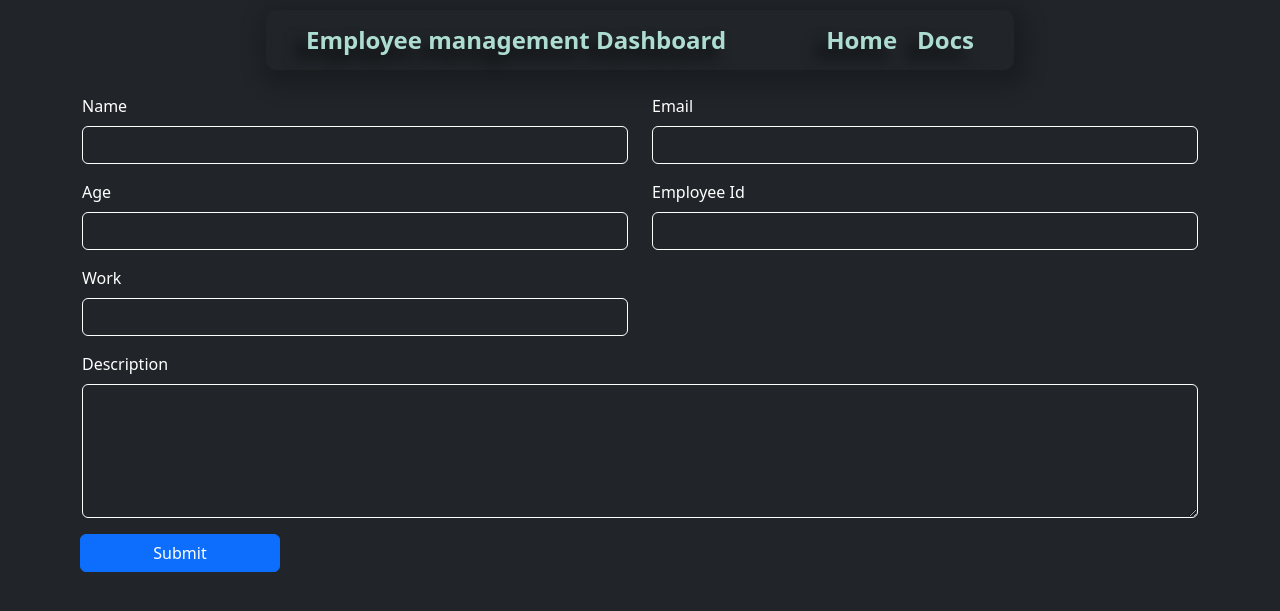
Repository: iamevs/Employee-Management-System
Page: /register (app in client/)
An editor plug-in stored every save of this project. The page is shown before and after the next save, followed by the edit.
The browser window is 1280 px wide. The pictures show the whole page.
The project was rebuilt for these pictures with package versions that can differ from the ones it lists, and the page was loaded fresh each time. Also part of the build but not shown: client/vite.config.js, client/src/components/Home.jsx, client/src/components/Edit.jsx, client/src/components/Hero.jsx. Imported but missing from the stored project, and not drawn on this page: client/src/components/Details.

Above is the page before, as saved 2022-11-29 00:49:47.

### client/index.html
<html lang="en">
  <head>
    <meta charset="UTF-8" />
    <link rel="icon" type="image/svg+xml" href="/vite.svg" />
    <meta name="viewport" content="width=device-width, initial-scale=1.0" />
    <title>employee-management</title>
  </head>
  <body>
    <div id="root"></div>
    <script type="module" src="/src/main.jsx"></script>
  </body>
</html>

### client/src/main.jsx
import React, { StrictMode } from 'react';
import ReactDOM from 'react-dom';
import { createRoot } from "react-dom/client";
import './index.css';
import App from './App';
import { BrowserRouter } from "react-router-dom"
import ContextProvider from "./components/context/ContextProvider";
// root.render(
//   <StrictMode>
//   <ContextProvider>
//     <BrowserRouter>
//       <App />
//     </BrowserRouter>
//   </ContextProvider>
//   </StrictMode>
//   ,
//   document.getElementById('root')
// );


createRoot(document.getElementById('root')).render(
  <ContextProvider>
    <BrowserRouter>
      <App />
    </BrowserRouter>
  </ContextProvider>
)

### client/src/index.css
body {
  margin: 0;
  font-family: -apple-system, BlinkMacSystemFont, 'Segoe UI', 'Roboto', 'Oxygen',
    'Ubuntu', 'Cantarell', 'Fira Sans', 'Droid Sans', 'Helvetica Neue',
    sans-serif;
  -webkit-font-smoothing: antialiased;
  -moz-osx-font-smoothing: grayscale;
  background-color: #212529 !important;
  color: #fff !important;
}

code {
  font-family: source-code-pro, Menlo, Monaco, Consolas, 'Courier New',
    monospace;
}

.btns{
  display: flex;
  justify-content: space-between;
}

.btns > .tool, .tool{
  /* border: 1px solid #fff; */
  backdrop-filter: blur(10px);
  box-shadow: 0px 0px 9px 1px rgb(0 0 0 / 35%);
}

.form-control{
  background-color: #212529 !important;
  color: #C8DBBE !important;
  border: 1px solid #fff !important;
}

### client/src/App.jsx
import './App.css';
import "../node_modules/bootstrap/dist/css/bootstrap.min.css"
import "../node_modules/bootstrap/dist/js/bootstrap.bundle.min.js"
import Navbar from './components/Navbar';
import Home from './components/Home';
import Register from './components/Register';
import Edit from './components/Edit';
import Details from './components/Details';
import Hero from "./components/Hero.jsx";
import {Routes,Route} from "react-router-dom"




function App() {
  return (
   <>
    <Navbar />
    <Routes>
      <Route path="/" element={<Hero/>} />
      <Route  path="/home" element={<Home/>} />
      <Route exact path="/register" element={<Register/>} />
      <Route exact path="/edit/:id" element={<Edit/>} />
      <Route exact path="/view/:id" element={<Details/>} />
    </Routes>

   </>
  );
}

export default App;

### client/src/components/context/ContextProvider.jsx
import React, { createContext, useState } from 'react'


export const adddata = createContext("");
export const updatedata = createContext("");
export const deldata = createContext("");

const ContextProvider = ({ children }) => {

    const [udata, setUdata] = useState("");
    const [updata, setUPdata] = useState("");
    const [dltdata, setDLTdata] = useState("");


    return (
        <adddata.Provider value={{ udata, setUdata }}>
            <updatedata.Provider value={{ updata, setUPdata }}>
                <deldata.Provider value={{dltdata, setDLTdata}}>
                    {children}
                </deldata.Provider>

            </updatedata.Provider>

        </adddata.Provider>
    )
}

export default ContextProvider;

### client/src/App.css
.add_btn{
  text-align: right;
}

.container{
  overflow: auto;
}

.left_view h3{
  font-size: 21px;
}

.left_view p{
  font-weight: 600;
}

.left_view span{
  font-weight: 400;
}

.right_view p{
  font-weight: 600;
}


.right_view span{
  font-weight: 400;
}

### client/src/components/Navbar.jsx
import React from 'react'
import { NavLink } from 'react-router-dom'
import { Box, Stack } from "@mui/material";


const Navbar = () => {
    return (
        <Stack justifyContent={"center"} direction={"row"} marginTop={"10px"}>
            <Box justifyContent={"space-between"} alignItems={"center"} className="navbar navbar-expand-lg text-white" sx={{
                backgroundColor: "transparent",
                backdropFilter: "blur(10px) !important",
                position: "relative",
                color: "white",
                boxShadow: "4px 7px 20px 11px rgb(0 0 0 / 20%)",
                height: "60px",
                padding: "0 40px 0 40px",
                width: "auto",
                borderRadius: "10px"
            }}>
                <Box sx={{
                    fontSize: "1.5rem",
                    color: "#ADDDD0",
                    fontWeight: "600",
                    textShadow: "-10px 10px 15px rgba(0, 0, 0, 0.8)",
                    marginRight: "100px"
                }}>Employee management Dashboard</Box>
                <Box direction={"row"}>
                    <a href="/home" style={{
                        fontSize: "1.5rem",
                        color: "#ADDDD0",
                        fontWeight: "600",
                        textShadow: "-10px 10px 15px rgba(0, 0, 0, 0.8)",
                        textDecoration: "none",
                    }}>Home</a>
                    <a href="/" style={{
                        fontSize: "1.5rem",
                        color: "#ADDDD0",
                        fontWeight: "600",
                        textShadow: "-10px 10px 15px rgba(0, 0, 0, 0.8)",
                        textDecoration: "none",
                        marginLeft: "20px"
                    }}>Docs</a>

                </Box>
            </Box>
        </Stack>
    )
}

export default Navbar

### client/src/components/Register.jsx
import React, { useContext, useState } from 'react'
import { NavLink, useNavigate } from 'react-router-dom'
import { adddata } from './context/ContextProvider';

var link = "http://localhost:8001/create";

const Register = () => {

    const { udata, setUdata } = useContext(adddata);

    const history = useNavigate();

    const [inpval, setINP] = useState({
        name: "",
        email: "",
        age: "",
        mobile: "",
        work: "",
        desc: ""
    })

    const setdata = (e) => {
        console.log(e.target.value);
        const { name, value } = e.target;
        setINP((preval) => {
            return {
                ...preval,
                [name]: value
            }
        })
    }


    const addinpdata = async (e) => {
        e.preventDefault();

        const { name, email, work, mobile, desc, age } = inpval;


        if (name == "") {
            alert("name is required")
        } else if (email == "") {
            alert("email is required")
        } else if (!email.includes("@")) {
            alert("enter valid email")
        } else if (work == "") {
            alert("work is required")
        } else if (mobile == "") {
            alert("emp id is required")
        } else if (age == "") {
            alert("age is required")
        } else {

            const res = await fetch(link, {
                method: "POST",
                headers: {
                    "Content-Type": "application/json"
                },
                body: JSON.stringify({
                    name, email, work, mobile, desc, age
                })
            });

            const data = await res.json();
            console.log(data);

            if (res.status === 422 || !data) {
                console.log("error ");
                alert("error");

            } else {
                history("/home");
                setUdata(data)
                console.log("data added");

            }
        }

    }

    return (
        <div className="container">
            <form className="mt-4">
                <div className="row">
                    <div class="mb-3 col-lg-6 col-md-6 col-12">
                        <label for="exampleInputEmail1" class="form-label">Name</label>
                        <input type="text" value={inpval.name} onChange={setdata} name="name" class="form-control" id="exampleInputEmail1" aria-describedby="emailHelp" />
                    </div>
                    <div class="mb-3 col-lg-6 col-md-6 col-12">
                        <label for="exampleInputPassword1" class="form-label">Email</label>
                        <input type="email" value={inpval.email} onChange={setdata} name="email" class="form-control" id="exampleInputPassword1" />
                    </div>
                    <div class="mb-3 col-lg-6 col-md-6 col-12">
                        <label for="exampleInputPassword1" class="form-label">Age</label>
                        <input type="text" value={inpval.age} onChange={setdata} name="age" class="form-control" id="exampleInputPassword1" />
                    </div>
                    <div class="mb-3 col-lg-6 col-md-6 col-12">
                        <label for="exampleInputPassword1" class="form-label">Employee Id</label>
                        <input type="number" value={inpval.mobile} onChange={setdata} name="mobile" class="form-control" id="exampleInputPassword1" />
                    </div>
                    <div class="mb-3 col-lg-6 col-md-6 col-12">
                        <label for="exampleInputPassword1" class="form-label">Work</label>
                        <input type="text" value={inpval.work} onChange={setdata} name="work" class="form-control" id="exampleInputPassword1" />
                    </div>
                    <div class="mb-3 col-lg-12 col-md-12 col-12">
                        <label for="exampleInputPassword1" class="form-label">Description</label>
                        <textarea name="desc" value={inpval.desc} onChange={setdata} className="form-control" id="" cols="30" rows="5"></textarea>
                    </div>

                    <button type="submit" onClick={addinpdata} class="btn btn-primary" style={{width: "200px", marginLeft: "10px"}}>Submit</button>
                </div>
            </form>
        </div>
    )
}
export default Register;

After the next save:
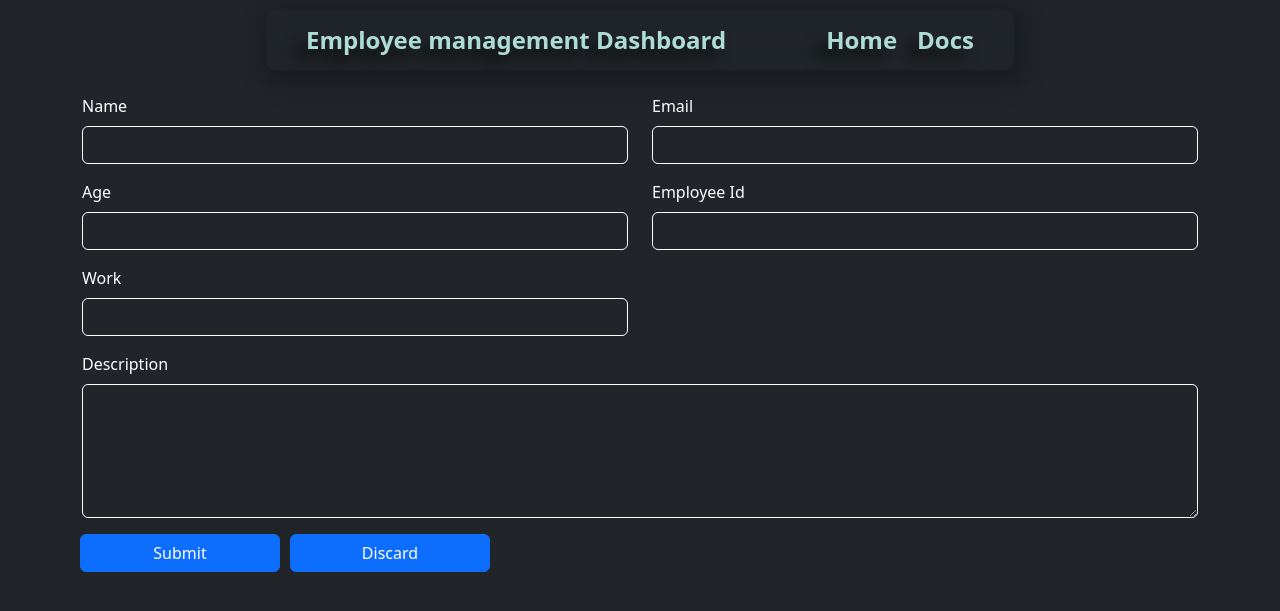
Saved 37 s later.
--- a/client/src/components/Register.jsx
+++ b/client/src/components/Register.jsx
@@ -108,6 +108,7 @@ const Register = () => {
                     </div>
 
                     <button type="submit" onClick={addinpdata} class="btn btn-primary" style={{width: "200px", marginLeft: "10px"}}>Submit</button>
+                    <a href="/home" className="btn btn-primary" style={{width: "200px", marginLeft: "10px"}}>Discard</a>
                 </div>
             </form>
         </div>
